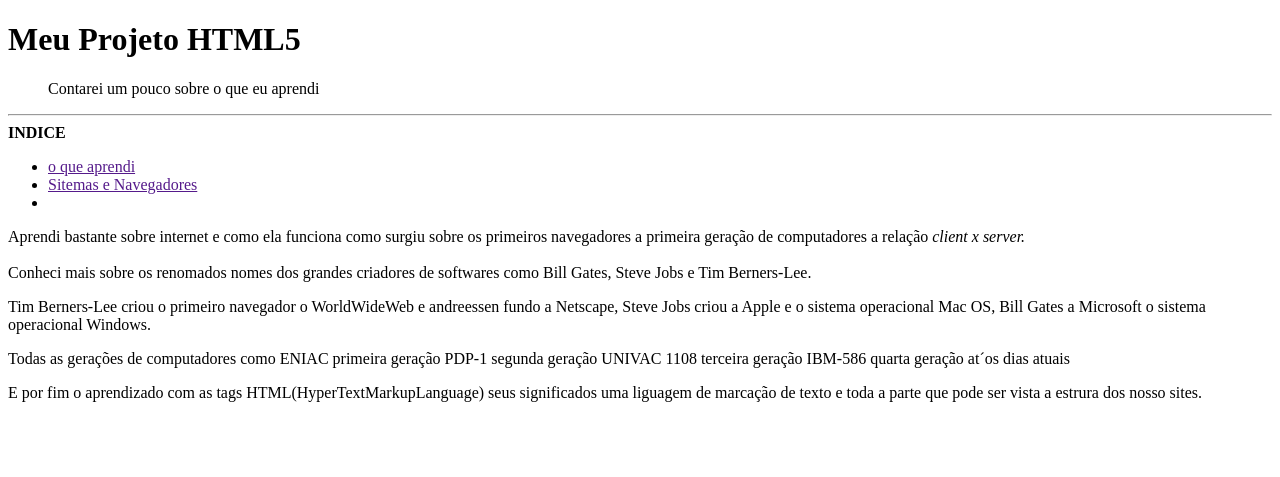
Repository: gustavotwist/meu-html
Page: index.html
The author's editor kept a copy of each file at every save. The page is drawn from the files as they stood at one save, then again after the next save.
The browser window is 1280 px wide. The pictures show the whole page.

Above is the page before, as saved 2024-04-24 22:25:41.

### index.html
<!DOCTYPE html>
<html lang="pt-br">
<head>
    <meta charset="UTF-8">
    <meta name="viewport" content="width=device-width, initial-scale=1.0">
    <title>Projeto HTML</title>
</head>
<body>
    <h1>Meu Projeto HTML5</h1>
    <blockquote>Contarei um pouco sobre o que eu aprendi</blockquote><hr>
    <strong>INDICE</strong>
    <ul>
        <li><a href="">o que aprendi</a></li>
        <li><a href="">Sitemas e Navegadores</a></li>
        <li></li>
    </ul>

    <p>Aprendi bastante sobre internet e como ela funciona como surgiu sobre os primeiros navegadores a primeira geração de computadores a relação <i>client x server.</i><br><br> Conheci mais sobre os renomados nomes dos grandes criadores de softwares como Bill Gates, Steve Jobs e Tim Berners-Lee.</p>
    <p>Tim Berners-Lee criou o primeiro navegador o WorldWideWeb e andreessen fundo a Netscape, Steve Jobs criou a Apple e o sistema operacional Mac OS, Bill Gates a Microsoft o sistema operacional Windows.</p>
    <p>Todas as gerações de computadores como ENIAC primeira geração PDP-1 segunda geração UNIVAC 1108 terceira geração IBM-586 quarta geração at´os dias atuais</p>
    <p>E por fim o aprendizado com as tags HTML(HyperTextMarkupLanguage) seus significados uma liguagem de marcação de texto e toda a parte que pode ser vista a estrura dos nosso sites.</p>


</body>
</html>

After the next save:
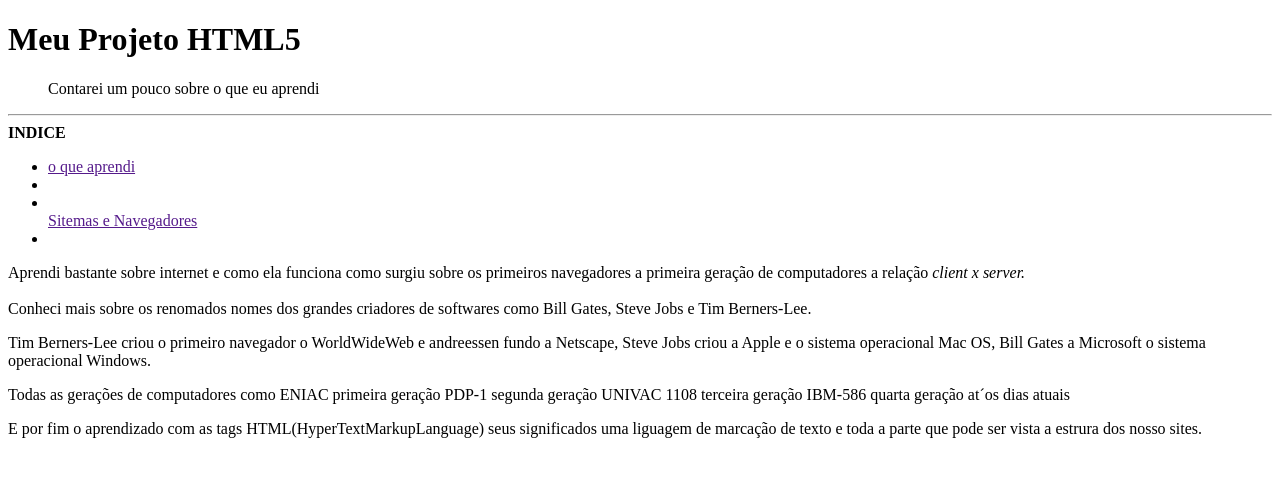
Saved 17 s later.
--- a/index.html
+++ b/index.html
@@ -11,7 +11,7 @@
     <strong>INDICE</strong>
     <ul>
         <li><a href="">o que aprendi</a></li>
-        <li><a href="">Sitemas e Navegadores</a></li>
+        <li><li></li><a href="">Sitemas e Navegadores</a></li>
         <li></li>
     </ul>
 

After the 2 saves that followed:
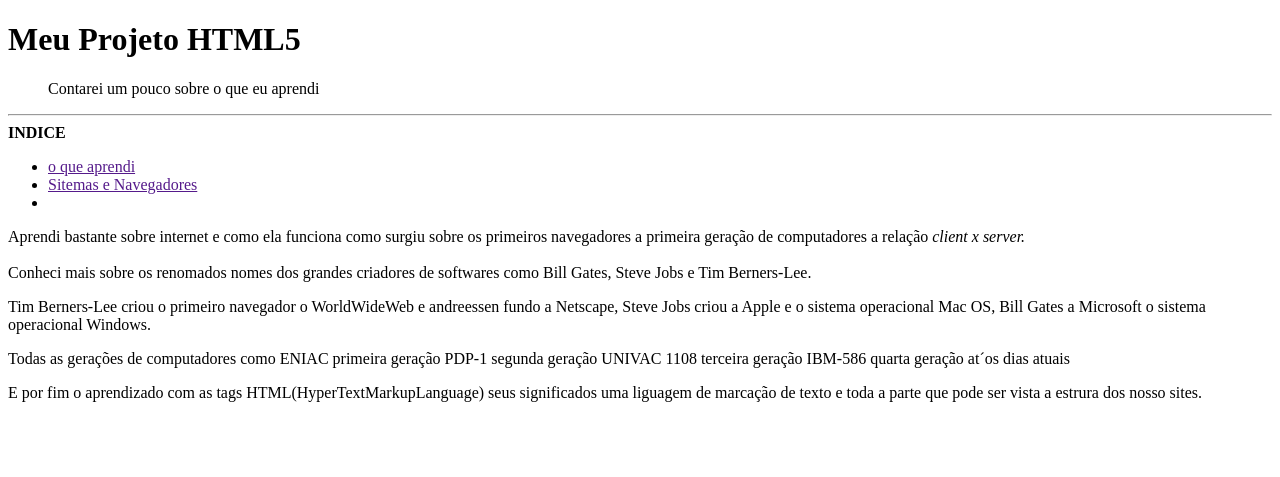
The 2 saves are shown as one change because they came seconds apart.
The last was saved 11 s later.
--- a/index.html
+++ b/index.html
@@ -11,7 +11,7 @@
     <strong>INDICE</strong>
     <ul>
         <li><a href="">o que aprendi</a></li>
-        <li><li></li><a href="">Sitemas e Navegadores</a></li>
+        <li><a href="">Sitemas e Navegadores</a></li>
         <li></li>
     </ul>
 
